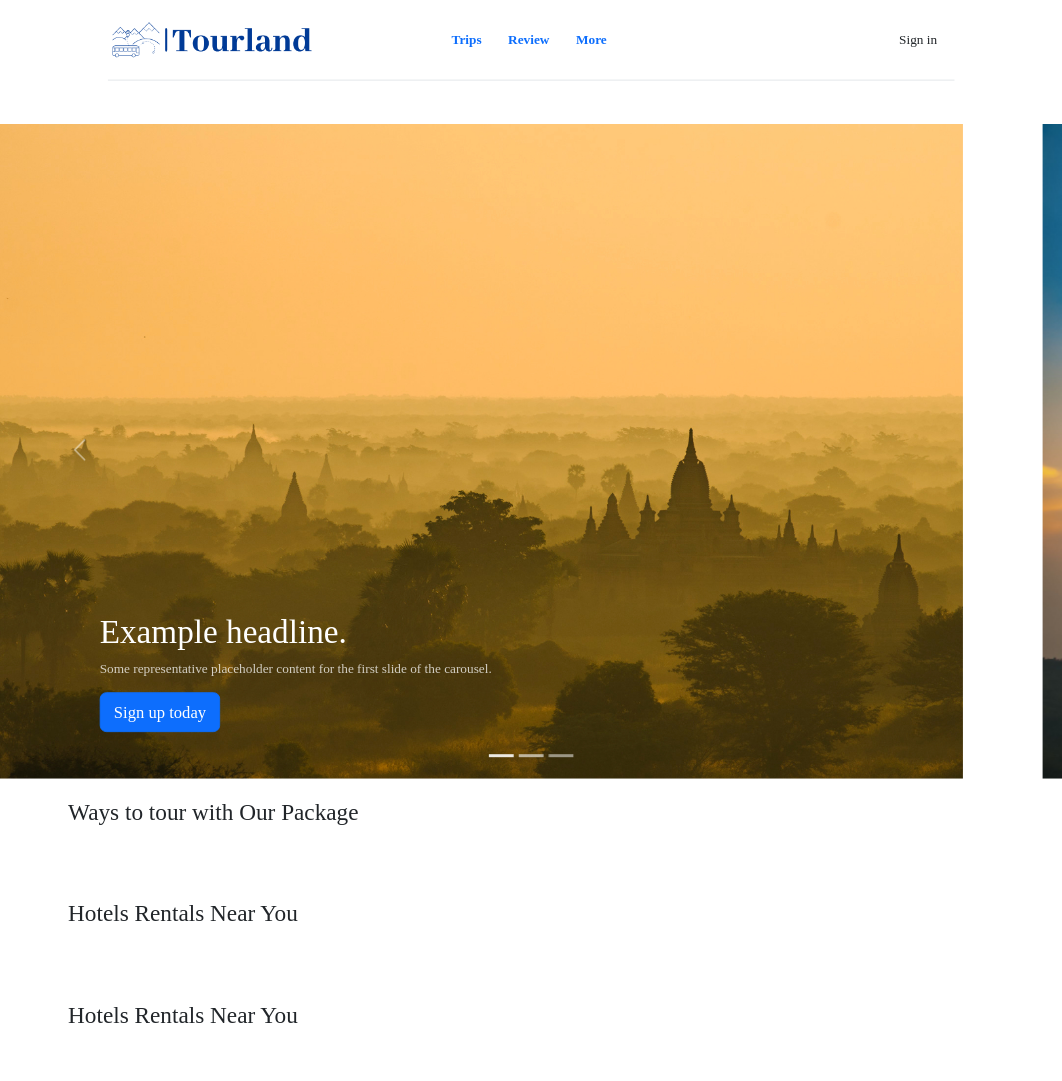
Repository: nyeinsu4520/tourland
Page: http://localhost/card
An editor plug-in stored every save of this project. The page is shown before and after the next save, followed by the edit.
The browser window is 1280 px wide. The pictures show the whole page, at 83% of full size.
Some web fonts or font styles are not loaded; a fallback is used. The page is this project's Thymeleaf template; nobody is signed in. The template is opened directly, without the code that normally fills it, so the values that code supplies are empty.

Above is the page before, as saved 2024-06-01 05:28:40.

### Tourland/src/main/resources/templates/card.html
<!DOCTYPE html>
<html xmlns:th="http://www.thymeleaf.org">
<head>
<meta charset="ISO-8859-1">
<title>Insert title here</title>

	<link rel="icon" href="img/tourland2.png" type="image/png" />
    <link rel="stylesheet" href="./bootstrap/css/bootstrap.min.css" />
    <script src="./bootstrap/js/bootstrap.bundle.min.js"></script>
    <link href="https://cdnjs.cloudflare.com/ajax/libs/font-awesome/6.5.2/css/all.min.css"/>
    <script src="https://ajax.googleapis.com/ajax/libs/jquery/3.6.0/jquery.min.js"></script>
    <link rel="stylesheet" href="style.css" />
    <style>
      #google_translate_element {
          display: none;
      }
  </style>
</head>
<body>

	<div th:replace="Fragment/header"></div>


	<div class="container mt-4">
	<h3>Ways to tour with Our Package</h3>

	</div>
	<div id="cardCarousel" class="carousel slide mt-3 pt-5" data-bs-ride="carousel">
    <div class="carousel-inner">
        <div class="carousel-item active">
            <div class="container">
                <div class="row">
                    <div th:each="card, iterStat : ${cardlist}" class="col-sm-6 col-md-4 col-lg-3 mb-4" th:if="${iterStat.index < 4}">
                        <div class="card">
                            <td><img width="260px" height="180px" th:src="@{uploads/cards/{id}/{imageName} (id=${card.id},imageName=${card.image})}" /></td>
                            <div class="card-body">
                                <h5 class="card-title" th:text="${card.title}"></h5>
                                <p class="card-text" th:text="${card.description}"></p>
                            </div>
                        </div>

                    </div>
                </div>
            </div>
        </div>
    </div>
    <!-- Arrow buttons -->
    <button class="carousel-control-prev" type="button" data-bs-target="#cardCarousel" data-bs-slide="prev">
        <span class="carousel-control-prev-icon" aria-hidden="true"></span>
        <span class="visually-hidden">Previous</span>
    </button>
    <button class="carousel-control-next" type="button" data-bs-target="#cardCarousel" data-bs-slide="next">
        <span class="carousel-control-next-icon" aria-hidden="true"></span>
        <span class="visually-hidden">Next</span>
    </button>
</div>



	<div class="container mt-4">
	<h3>Hotels Rentals Near You</h3>

	</div>
	<div id="cardCarousel" class="carousel slide mt-3 pt-5" data-bs-ride="carousel">
    <div class="carousel-inner">
        <div class="carousel-item active">
            <div class="container">
                <div class="row">
                    <div th:each="card, iterStat : ${cardlist}" class="col-sm-6 col-md-4 col-lg-3 mb-4" th:if="${iterStat.index < 4}">
                        <div class="card">
                            <td><img width="260px" height="180px" th:src="@{uploads/cards/{id}/{imageName} (id=${card.id},imageName=${card.image})}" /></td>
                            <div class="card-body">
                                <h5 class="card-title" th:text="${card.title}"></h5>
                                <p class="card-text" th:text="${card.description}"></p>
                            </div>
                        </div>

                    </div>
                </div>
            </div>
        </div>
    </div>
    <!-- Arrow buttons -->
    <button class="carousel-control-prev" type="button" data-bs-target="#cardCarousel" data-bs-slide="prev">
        <span class="carousel-control-prev-icon" aria-hidden="true"></span>
        <span class="visually-hidden">Previous</span>
    </button>
    <button class="carousel-control-next" type="button" data-bs-target="#cardCarousel" data-bs-slide="next">
        <span class="carousel-control-next-icon" aria-hidden="true"></span>
        <span class="visually-hidden">Next</span>
    </button>
</div>






	<div class="container mt-4">
	<h3>Hotels Rentals Near You</h3>

	</div>
	<div id="cardCarousel" class="carousel slide mt-3 pt-5" data-bs-ride="carousel">
    <div class="carousel-inner">
        <div class="carousel-item active">
            <div class="container">
                <div class="row">
                    <div th:each="card, iterStat : ${cardlist}" class="col-sm-6 col-md-4 col-lg-3 mb-4" th:if="${iterStat.index < 4}">
                        <div class="card">
                            <td><img width="260px" height="180px" th:src="@{uploads/cards/{id}/{imageName} (id=${card.id},imageName=${card.image})}" /></td>
                            <div class="card-body">
                                <h5 class="card-title" th:text="${card.title}"></h5>
                                <p class="card-text" th:text="${card.description}"></p>
                            </div>
                        </div>

                    </div>
                </div>
            </div>
        </div>
    </div>
    <!-- Arrow buttons -->
    <button class="carousel-control-prev" type="button" data-bs-target="#cardCarousel" data-bs-slide="prev">
        <span class="carousel-control-prev-icon" aria-hidden="true"></span>
        <span class="visually-hidden">Previous</span>
    </button>
    <button class="carousel-control-next" type="button" data-bs-target="#cardCarousel" data-bs-slide="next">
        <span class="carousel-control-next-icon" aria-hidden="true"></span>
        <span class="visually-hidden">Next</span>
    </button>
</div>



<script>
    $(document).ready(function(){
        $('#cardCarousel').carousel();
    });
</script>

</body>
</html>

### Tourland/src/main/resources/templates/Fragment/header.html
<!DOCTYPE html>
<html xmlns:th="http://www.thymeleaf.org">
<head>
<meta charset="ISO-8859-1">
<title>Insert title here</title>


<link rel="icon" href="img/tourland2.png" type="image/png" />
    <link rel="stylesheet" href="./bootstrap/css/bootstrap.min.css" />
    <script src="./bootstrap/js/bootstrap.bundle.min.js"></script>
    <link href="https://cdnjs.cloudflare.com/ajax/libs/font-awesome/6.5.2/css/all.min.css"/>
    <script src="https://ajax.googleapis.com/ajax/libs/jquery/3.6.0/jquery.min.js"></script>
    <link rel="stylesheet" href="style.css" />
    <style>
      #google_translate_element {
          display: none;
      }
  </style>

</head>
<body>


<div class="container">
      <header
        class="d-flex flex-wrap align-items-center justify-content-center justify-content-md-between py-3 mx-5 border-bottom"
      >
        <div class="col-md-auto mb-2 mb-md-0">
          <img class="logo" src="/image/img/tourland1.png" alt="" width="230px" />
        </div>

        <ul class="nav col-12 col-md-auto mb-2 justify-content-center mb-md-0">
          <li class="nav-item dropdown">
            <a
              class="nav-link fw-bold py-1 px-0 m-3 active"
              href="#"
              data-bs-toggle="dropdown"
              aria-expanded="false"
              >Trips</a
            >
            <ul class="dropdown-menu ">
              <li><a class="dropdown-item" href="#">One day Trip</a></li>
              <li><a class="dropdown-item" href="#">One Week Trip</a></li>
              <li><a class="dropdown-item" href="#">View my Trips</a></li>
            </ul>
          </li>
          <li class="nav-item dropdown">
            <a
              class="nav-link fw-bold py-1 px-0 m-3 active"
              href="#"
              data-bs-toggle="dropdown"
              aria-expanded="false"
              >Review</a
            >
            <ul class="dropdown-menu">
              <li><a class="dropdown-item" href="#">Write a Review</a></li>
              <li><a class="dropdown-item" href="#">Post a Photo</a></li>
              <li><a class="dropdown-item" href="#">Review Comments</a></li>
            </ul>
          </li>
          <li class="nav-item dropdown">
            <a
              class="nav-link nav-link-active fw-bold py-1 px-0 m-3 active"
              href="#"
              data-bs-toggle="dropdown"
              aria-expanded="false"
              >More</a
            >
            <ul class="dropdown-menu">
              <li><a class="dropdown-item" href="#">Restaurant</a></li>
              <li><a class="dropdown-item" href="#">Hotel</a></li>
              <li><a class="dropdown-item" href="#">Rental Cars</a></li>
            </ul>
          </li>
        </ul>

        <div class="col-md-3 text-end">
          <button type="button" class="btn btn-outline-first me-2">
            Sign in
          </button>
        </div>
      </header>
</div>

	<div id="myCarousel" class="carousel slide mt-5 pt-1 mb-6" data-bs-ride="carousel">
      <div class="carousel-indicators">
        <button type="button" data-bs-target="#myCarousel" data-bs-slide-to="0" class="active" aria-current="true" aria-label="Slide 1"></button>
        <button type="button" data-bs-target="#myCarousel" data-bs-slide-to="1" aria-label="Slide 2"></button>
        <button type="button" data-bs-target="#myCarousel" data-bs-slide-to="2" aria-label="Slide 3"></button>
      </div>
      <div class="carousel-inner">
        <div class="carousel-item active">
          <img class="px-5" src="./image/img/bagan1.jpg" width="100%" >
          <div class="container">
            <div class="carousel-caption text-start">
              <h1>Example headline.</h1>
              <p class="opacity-75">Some representative placeholder content for the first slide of the carousel.</p>
              <p><a class="btn btn-lg btn-primary" href="#">Sign up today</a></p>
            </div>
          </div>
        </div>
        <div class="carousel-item">
          <img class="px-5" src="./image/img/kyitehtiyo.jfif" width="100%" >
          <div class="container">
            <div class="carousel-caption">
              <h1>Another example headline.</h1>
              <p>Some representative placeholder content for the second slide of the carousel.</p>
              <p><a class="btn btn-lg btn-primary" href="#">Learn more</a></p>
            </div>
          </div>
        </div>
        <div class="carousel-item">
           <img class="px-5" src="./image/img/shwesikhone.jpg" width="100%" >
          <div class="container">
            <div class="carousel-caption text-end">
              <h1>One more for good measure.</h1>
              <p>Some representative placeholder content for the third slide of this carousel.</p>
              <p><a class="btn btn-lg btn-primary" href="#">Browse gallery</a></p>
            </div>
          </div>
        </div>
      </div>
      <button class="carousel-control-prev" type="button" data-bs-target="#myCarousel" data-bs-slide="prev">
        <span class="carousel-control-prev-icon" aria-hidden="true"></span>
        <span class="visually-hidden">Previous</span>
      </button>
      <button class="carousel-control-next" type="button" data-bs-target="#myCarousel" data-bs-slide="next">
        <span class="carousel-control-next-icon" aria-hidden="true"></span>
        <span class="visually-hidden">Next</span>
      </button>
	</div>

</body>
</html>

### Tourland/src/main/resources/static/image/img/style.css
@import url('https://fonts.googleapis.com/css2?family=Jersey+20&family=Jersey+25&family=Josefin+Sans:ital,wght@0,100..700;1,100..700&family=Noto+Sans+Myanmar:wght@100;200;300;400;500;600;700;800;900&family=Nunito+Sans:ital,opsz,wght@0,6..12,200..1000;1,6..12,200..1000&family=Platypi:ital,wght@0,300..800;1,300..800&display=swap');


.nunito-sans {
    font-family: "Nunito Sans", sans-serif;
    font-optical-sizing: auto;
    font-style: normal;
    font-variation-settings:
      "wdth" 100,
      "YTLC" 500;
  }


  *  {
    font-family: "Nunito Sans";

}


.logo{
    width: 250px;
}

Loaded but not shown: Tourland/src/main/resources/static/bootstrap/css/bootstrap.min.css (library); Tourland/src/main/resources/static/bootstrap/js/bootstrap.bundle.min.js (library)

After the next save:
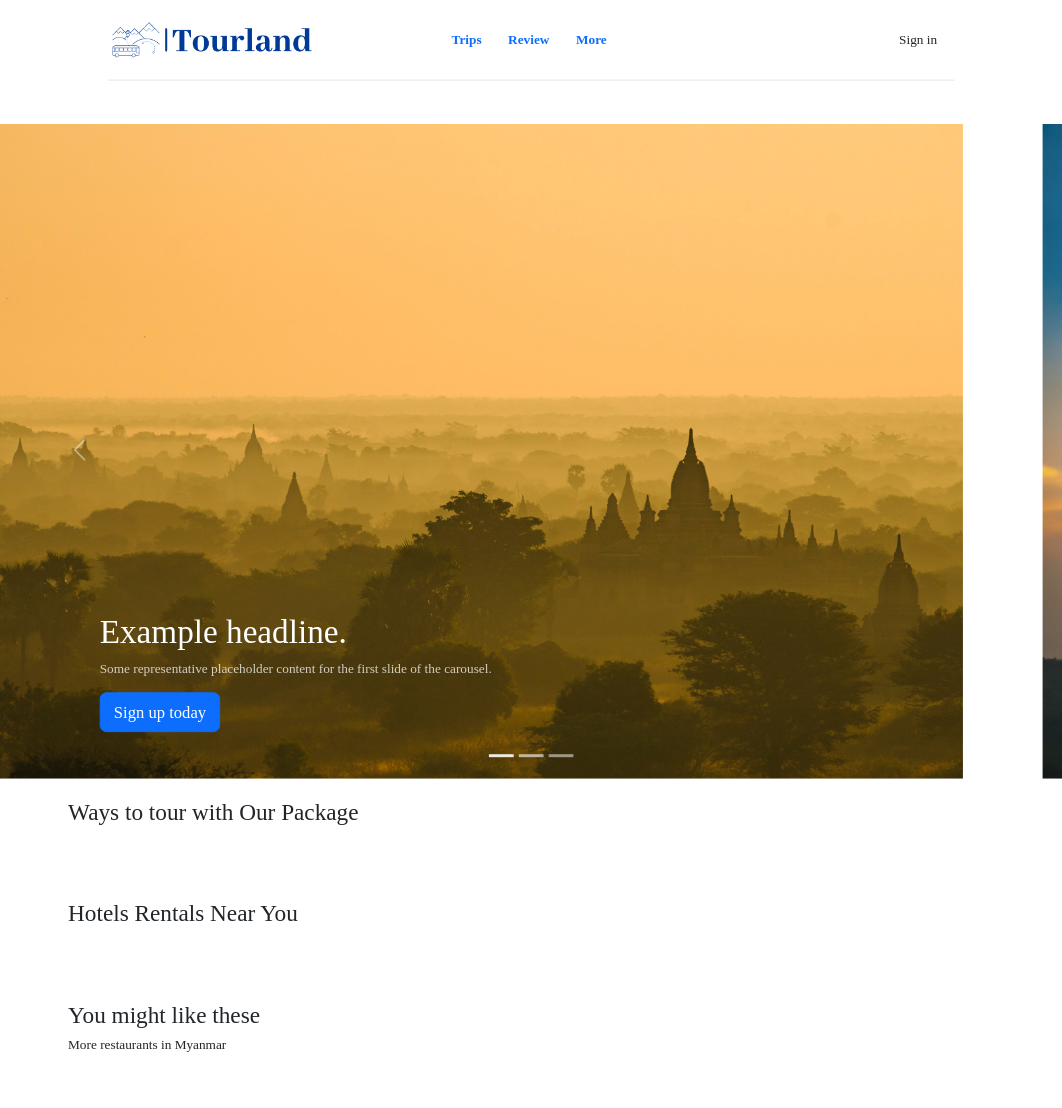
Saved 25 s later.
--- a/Tourland/src/main/resources/templates/card.html
+++ b/Tourland/src/main/resources/templates/card.html
@@ -97,8 +97,8 @@
 
 
 	<div class="container mt-4">
-	<h3>Hotels Rentals Near You</h3>
-
+	<h3>You might like these</h3>
+	<p>More restaurants in Myanmar</p>
 	</div>
 	<div id="cardCarousel" class="carousel slide mt-3 pt-5" data-bs-ride="carousel">
     <div class="carousel-inner">
